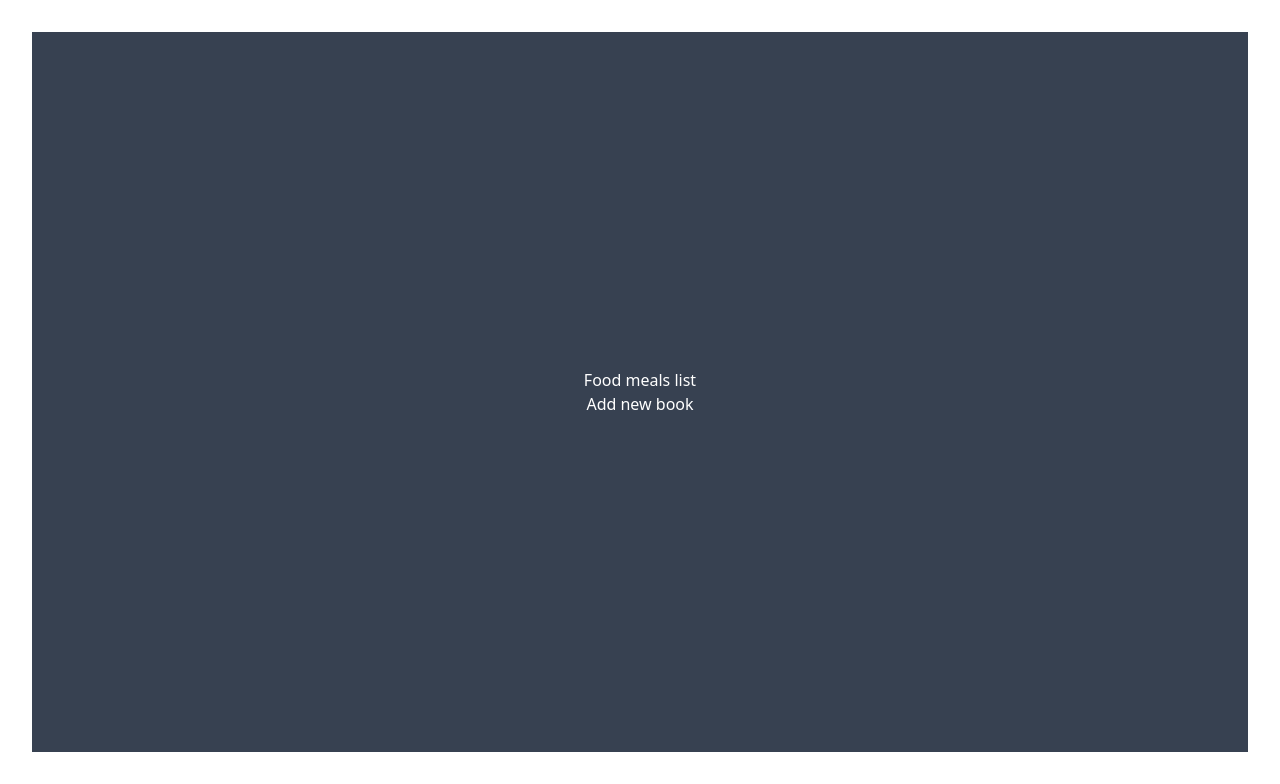
Repository: Vasil1001/fullstack-nutrition-tracker
Page: / (app in frontend/)
The author's editor kept a copy of each file at every save. The page is drawn from the files as they stood at one save, then again after a run of saves.
The browser window is 1280 px wide. The pictures show the whole page.
The page's requests for data from a server got no answer. The project was rebuilt for these pictures with package versions that can differ from the ones it lists, and the page was loaded fresh each time. No one was signed in, and anything a server would have sent is missing. Also part of the build but not shown: frontend/vite.config.js, frontend/src/pages/Add.jsx, frontend/src/pages/Update.jsx.

Above is the page before, as saved 2023-05-21 16:11:14.

### frontend/src/App.jsx
import { useState } from 'react'
import reactLogo from './assets/react.svg'
import viteLogo from '/vite.svg'
import './App.css'
import { BrowserRouter, Routes, Route } from 'react-router-dom'
import Books from './pages/Books'
import Add from './pages/Add'
import Update from './pages/Update'

function App() {
  return (
    <div className="bg-gray-700">
      <div className="max-w-screen mx-auto flex min-h-screen flex-col justify-center bg-gray-700 px-10 xl:w-10/12  ">
        <BrowserRouter>
          <Routes>
            <Route path="/" element={<Books />} />
            <Route path="/add" element={<Add />} />
            <Route path="/update" element={<Update />} />
          </Routes>
        </BrowserRouter>
      </div>
    </div>
  )
}

export default App

### frontend/src/pages/Books.jsx
import axios, { Axios } from 'axios'
import React, { useEffect, useState } from 'react'
import { Link } from 'react-router-dom'

export default function Books() {
  const [books, setBooks] = React.useState([])

  //   const fetchBooks = async () => {
  //     const response = await fetch('http://localhost:8080/books')
  //     const data = await response.json()
  //     setBooks(data)
  //     console.log(data)
  //   }

  useEffect(() => {
    async function fetchAllBooks() {
      try {
        const response = await axios.get('http://localhost:8080/books')
        setBooks(response.data)
        console.log(response)
      } catch (error) {
        console.log(error)
      }
    }
    fetchAllBooks()
  }, [])

  return (
    <div className="flex flex-col justify-center items-center text-white">
      <h1>Food meals list</h1>
      <div className="flex gap-5  justify-center">
        {books.map((book) => (
          <div className="p-6 bg-slate-400" key={book.id}>
            <h1>{book.title}</h1>
            {book.cover && <img src={book.cover} alt={book.title} />}
            <p>{book.desc}</p>
            <span>{book.price}</span>
          </div>
        ))}
      </div>
      <button>
        <Link to="/add">Add new book</Link>
      </button>
    </div>
  )
}

### frontend/tailwind.config.js
/** @type {import('tailwindcss').Config} */
export default {
  content: [
    "./index.html",
    "./src/**/*.{js,ts,jsx,tsx}",
  ],
  theme: {
    extend: {},
  },
  plugins: [require("tailwindcss-animate")],
}

Loaded but not shown: frontend/index.html (common file); frontend/src/main.jsx (common file); frontend/src/index.css (common file); frontend/src/App.css (common file)

After the next 3 saves:
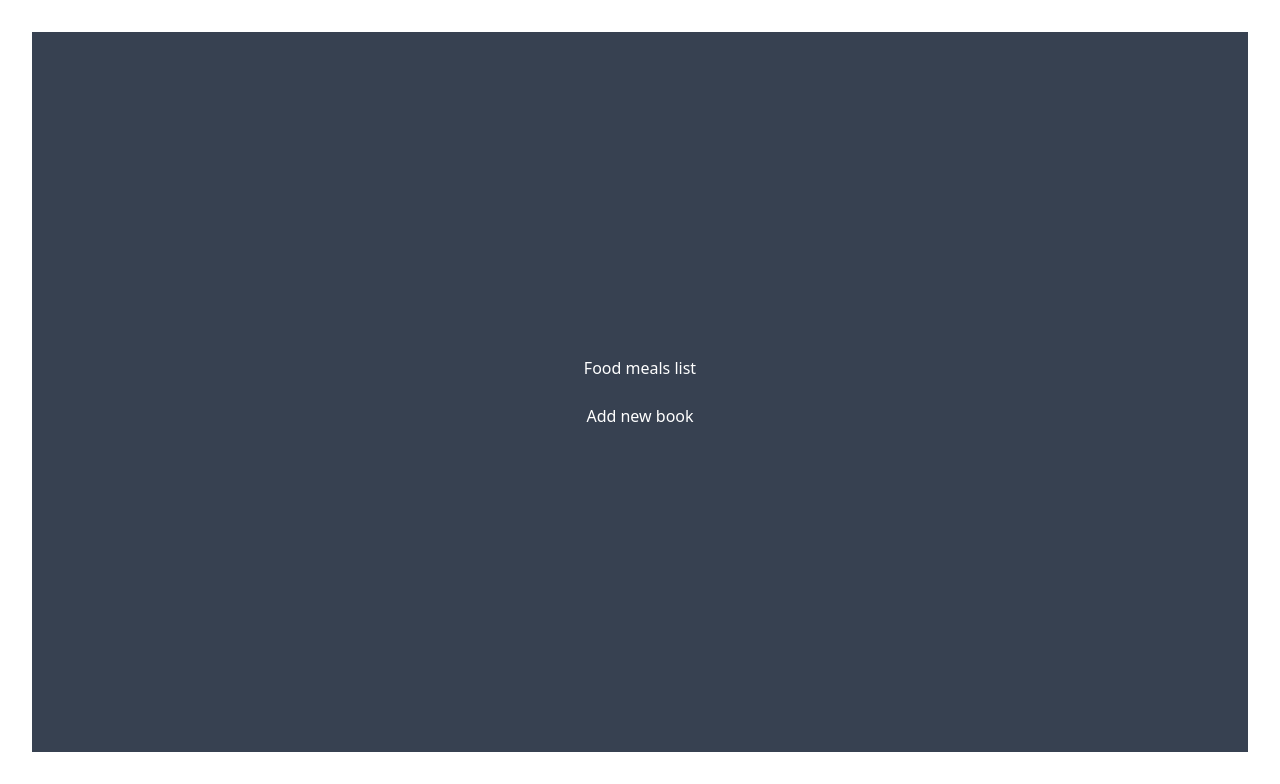
The 3 saves are shown as one change because they came seconds apart.
The last was saved 22 s later.
--- a/frontend/src/pages/Books.jsx
+++ b/frontend/src/pages/Books.jsx
@@ -28,7 +28,7 @@ export default function Books() {
   return (
     <div className="flex flex-col justify-center items-center text-white">
       <h1>Food meals list</h1>
-      <div className="flex gap-5  justify-center">
+      <div className="flex gap-5 mt-6 justify-center">
         {books.map((book) => (
           <div className="p-6 bg-slate-400" key={book.id}>
             <h1>{book.title}</h1>
